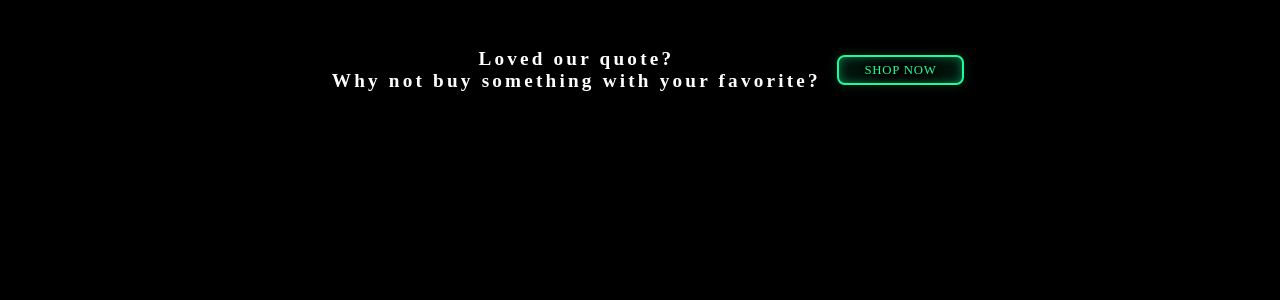
Repository: alanrceratti/motivational
Page: /
These files come from the project's save history. The page is drawn as it stood at one moment and after a run of saves; the edit follows.
The browser window is 1280 px wide. The pictures show the whole page.
The page's requests for data from a server got no answer. Some web fonts or font styles are not loaded; a fallback is used. The project was rebuilt for these pictures with package versions that can differ from the ones it lists, and the page was loaded fresh each time. No one was signed in, and anything a server would have sent is missing. Also part of the build but not shown: webpack.config.js, src/Options.module.scss, src/Options.js, src/Components/Title.module.scss, src/Components/Title.js, src/Components/Phrase.module.scss, src/Components/Phrase.js.

Above is the page before, as saved 2023-02-06 20:15:59.

After the next 5 saves:
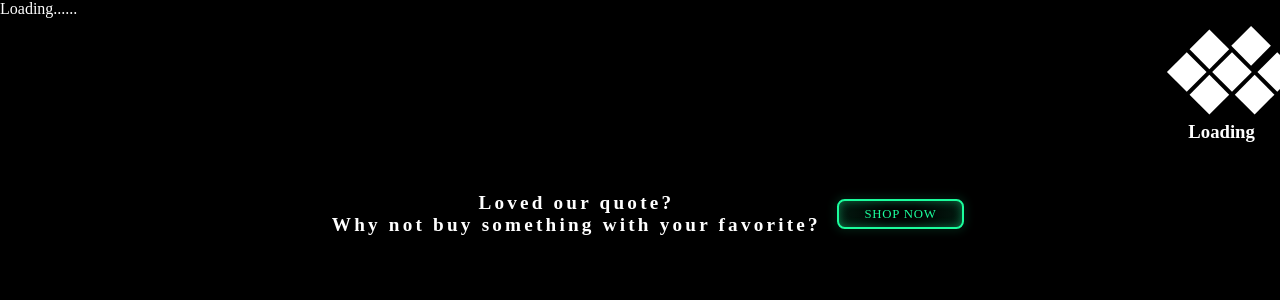
The 5 saves are shown as one change because 2 did not build or start and some came seconds apart.
The last was saved 38 s later.
--- a/src/Components/PhraseGet.js
+++ b/src/Components/PhraseGet.js
@@ -214,29 +214,30 @@ function PhraseGet() {
 			`/category/${categoryId}/phrase/${number}`
 		);
 	}
-	// 	return (
-	// 		<section className={styles.mainContainer}>
-	// 			{idLists.length <= 0 ? (
-	// 				<Loading />
-	// 			) : (
-	// 				<>
-	// 					<CategorySelect
-	// 						options={options}
-	// 						handleChangeCategory={handleChangeCategory}
-	// 						categoryId={categoryId}
-	// 						loading={loading}
-	// 						handleClick={handleClick}
-	// 						showSelect={showSelect}
-	// 					/>
-	// 				</>
-	// 			)}
-	// 			{loadingImg ? (
-	// 				<Loading />
-	// 			) : (
-	// 				<Phrase data={data} handleNext={handleNext} />
-	// 			)}
-	// 		</section>
-	// 	);
+	return (
+		<section className={styles.mainContainer}>
+			{idLists.length <= 0 ? (
+				<Loading />
+			) : (
+				<>
+					<CategorySelect
+						options={options}
+						// handleChangeCategory={handleChangeCategory}
+						categoryId={categoryId}
+						loading={loading}
+						// handleClick={handleClick}
+						showSelect={showSelect}
+					/>
+				</>
+			)}
+			{loadingImg ? (
+				<Loading />
+			) : (
+				<Phrase data={data} />
+				// handleNext={handleNext}
+			)}
+		</section>
+	);
 }
 
 export default PhraseGet;
